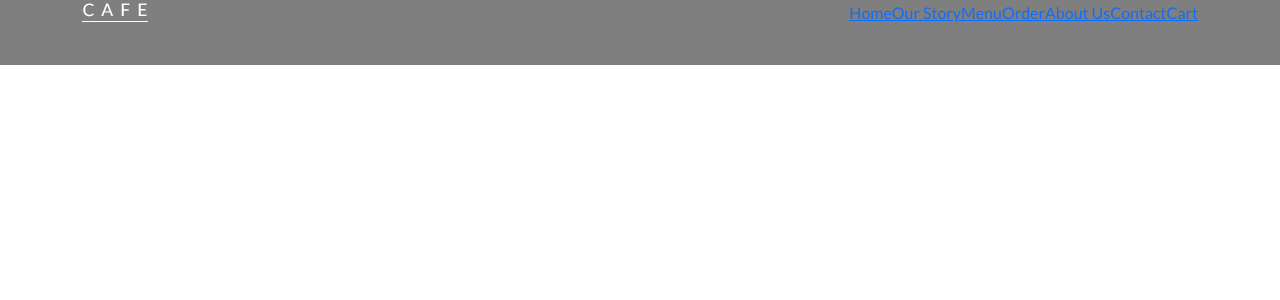
Repository: kuluong2000/coffe
Page: index.html
These files come from the project's save history. The page is drawn as it stood at one moment and after the next save; the edit follows.
The browser window is 1280 px wide. The pictures show the whole page.

Above is the page before, as saved 2021-10-01 14:53:11.

After the next save:
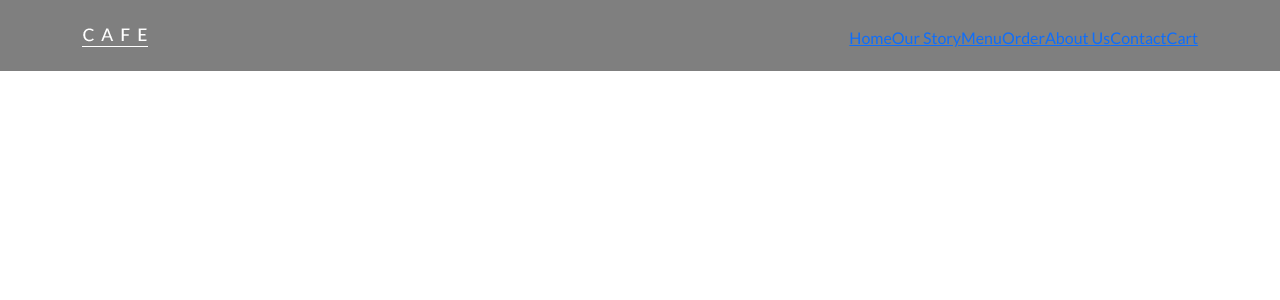
Saved 70 s later.
--- a/Assets/css/style.css
+++ b/Assets/css/style.css
@@ -10,7 +10,7 @@ body{
     position: absolute;
     width: 100%;
     background-color: rgba(0,0,0 , 0.5);
-    height:65px;
+    padding: 25px 0 20px;
 }
 .header-main{
     display:flex;
